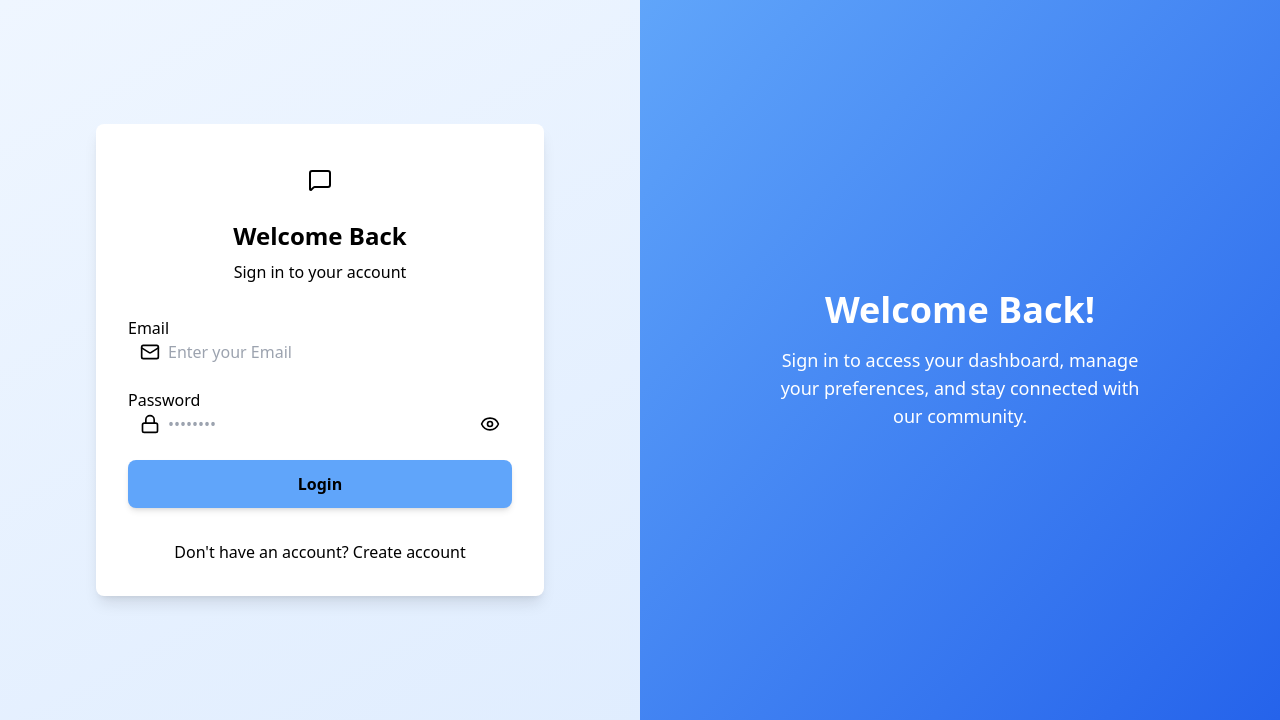
Repository: Subhashree-Nayak507/Test
Page: /login (app in client/)
These files come from the project's save history. The page is drawn as it stood at one moment and after the next save; the edit follows.
The browser window is 1280 px wide. The pictures show the whole page.
The project was rebuilt for these pictures with package versions that can differ from the ones it lists, and the page was loaded fresh each time. Also part of the build but not shown: client/vite.config.js, client/src/pages/FormPage.jsx, client/src/pages/SignupPage.jsx.

Above is the page before, as saved 2025-01-06 09:04:53.

### client/src/main.jsx
import React from 'react'
import ReactDOM from 'react-dom/client'
import App from './App.jsx'
import './index.css'
import { Provider } from 'react-redux';
import { BrowserRouter } from 'react-router-dom'
import store from './store/store.js';

ReactDOM.createRoot(document.getElementById('root')).render(
    <Provider store={store}>
       <BrowserRouter>
          <App />
        </BrowserRouter>
    </Provider>

)

### client/src/App.jsx
import { Route, Routes } from 'react-router-dom';
import FormPage from './pages/FormPage';
import SignUpPage from './pages/SignupPage';
import LoginPage from './pages/LoginPage';

const App = () =>{
    return (
        < >
         <Routes >
           <Route path="/" element={<SignUpPage />} />
           <Route path="/login" element={<LoginPage />} />
            <Route path="/formPage" element={<FormPage />} />
         </Routes>
        </>

      )

}
export default App;

### client/src/store/store.js
import { configureStore } from '@reduxjs/toolkit';
import formReducer from './FormSlice/FormSlice';

const store = configureStore({
  reducer: {
    form: formReducer,
  },
});

export default store;

### client/src/pages/LoginPage.jsx
import { useState } from "react";
import { Link } from "react-router-dom";
import { Eye, EyeOff, Loader2, Lock, Mail, MessageSquare } from "lucide-react";

const LoginPage = () => {
  const [showPassword, setShowPassword] = useState(false);
  const [email, setEmail] = useState("");
  const [password, setPassword] = useState("");
  const [isLoggingIn, setIsLoggingIn] = useState(false);

  const handleSubmit = async (e) => {
    e.preventDefault();
    setIsLoggingIn(true);

    // Simulate login delay (remove this in actual implementation)
    setTimeout(() => {
      setIsLoggingIn(false);
      alert("Logged in successfully!"); // Replace with actual login logic
    }, 2000);
  };

  return (
    <div className="h-screen grid lg:grid-cols-2 bg-gradient-to-br from-blue-50 to-blue-100">
      {/* Left Side - Form */}
      <div className="flex flex-col justify-center items-center p-6 sm:p-12">
        <div className="w-full max-w-md space-y-8 bg-white p-8 shadow-lg rounded-lg">
          {/* Logo */}
          <div className="text-center mb-8">
            <div className="flex flex-col items-center gap-2 group">
              <div
                className="w-12 h-12 rounded-xl bg-primary/10 flex items-center justify-center
                group-hover:bg-primary/20 transition-colors"
              >
                <MessageSquare className="w-6 h-6 text-primary" />
              </div>
              <h1 className="text-2xl font-bold mt-2">Welcome Back</h1>
              <p className="text-base-content/60">Sign in to your account</p>
            </div>
          </div>

          {/* Form */}
          <form onSubmit={handleSubmit} className="space-y-6">
            <div className="form-control">
              <label className="label">
                <span className="label-text font-medium">Email</span>
              </label>
              <div className="relative">
                <div className="absolute inset-y-0 left-0 pl-3 flex items-center pointer-events-none">
                  <Mail className="h-5 w-5 text-base-content/40" />
                </div>
                <input
                  type="email"
                  className="input input-bordered w-full pl-10 focus:ring-2 focus:ring-primary focus:outline-none"
                  placeholder="Enter your Email"
                  value={email}
                  onChange={(e) => setEmail(e.target.value)}
                />
              </div>
            </div>

            <div className="form-control">
              <label className="label">
                <span className="label-text font-medium">Password</span>
              </label>
              <div className="relative">
                <div className="absolute inset-y-0 left-0 pl-3 flex items-center pointer-events-none">
                  <Lock className="h-5 w-5 text-base-content/40" />
                </div>
                <input
                  type={showPassword ? "text" : "password"}
                  className="input input-bordered w-full pl-10 focus:ring-2 focus:ring-primary focus:outline-none"
                  placeholder="••••••••"
                  value={password}
                  onChange={(e) => setPassword(e.target.value)}
                />
                <button
                  type="button"
                  className="absolute inset-y-0 right-0 pr-3 flex items-center"
                  onClick={() => setShowPassword(!showPassword)}
                >
                  {showPassword ? (
                    <EyeOff className="h-5 w-5 text-base-content/40" />
                  ) : (
                    <Eye className="h-5 w-5 text-base-content/40" />
                  )}
                </button>
              </div>
            </div>

            <button
              type="submit"
              className={`btn btn-primary w-full flex justify-center bg-blue-400 text-black
               items-center py-3 rounded-lg font-semibold shadow-md transition-all duration-300 hover:bg-primary-focus
                hover:scale-105 active:scale-95 `}>
              Login
            </button>
          </form>

          <div className="text-center">
            <p className="text-base-content/60">
              Don&apos;t have an account?{" "}
              <Link to="/" className="link link-primary">
                Create account
              </Link>
            </p>
          </div>
        </div>
      </div>

      {/* Right Side - Decorative */}
      <div className="hidden lg:flex items-center justify-center bg-gradient-to-br from-blue-400 to-blue-600 text-white">
        <div className="text-center max-w-md p-8">
          <h2 className="text-4xl font-bold mb-4">Welcome Back!</h2>
          <p className="text-lg">
            Sign in to access your dashboard, manage your preferences, and stay
            connected with our community.
          </p>
        </div>
      </div>
    </div>
  );
};

export default LoginPage;

### client/src/store/FormSlice/FormSlice.js
import { createSlice, createAsyncThunk } from '@reduxjs/toolkit';
import axios from 'axios';

// Constants
const API_URL = 'http://localhost:5000/form';

// Initial state
const initialState = {
  formData: {
    name: '',
    email: '',
    file: null,
  },
  status: 'idle',
  error: null,
};

// Async thunk for form submission
export const submitForm = createAsyncThunk(
  'form/submitForm',
  async (formData, { rejectWithValue }) => {
    try {
      const data = new FormData();

      data.append('Name', formData.name);
      data.append('email', formData.email);
      data.append('File', formData.file);

      const response = await axios.post(API_URL, data, {
        headers: { 'Content-Type': 'multipart/form-data' },
      });
      return response.data;
    } catch (error) {
      return rejectWithValue(
        error.response?.data || 'Failed to submit form'
      );
    }
  }
);

const formSlice = createSlice({
  name: 'form',
  initialState,
  reducers: {
    updateForm: (state, action) => {
      state.formData = { ...state.formData, ...action.payload };
    },
    resetForm: (state) => {
      state.formData = initialState.formData;
      state.status = 'idle';
      state.error = null;
    },
  },
  extraReducers: (builder) => {
    builder
      .addCase(submitForm.pending, (state) => {
        state.status = 'loading';
        state.error = null;
      })
      .addCase(submitForm.fulfilled, (state) => {
        state.status = 'succeeded';
        state.formData = initialState.formData;
      })
      .addCase(submitForm.rejected, (state, action) => {
        state.status = 'failed';
        state.error = action.payload;
      });
  },
});

export const { updateForm, resetForm } = formSlice.actions;
export default formSlice.reducer;

Loaded but not shown: client/index.html (common file); client/src/index.css (common file); client/tailwind.config.js (common file)

After the next save:
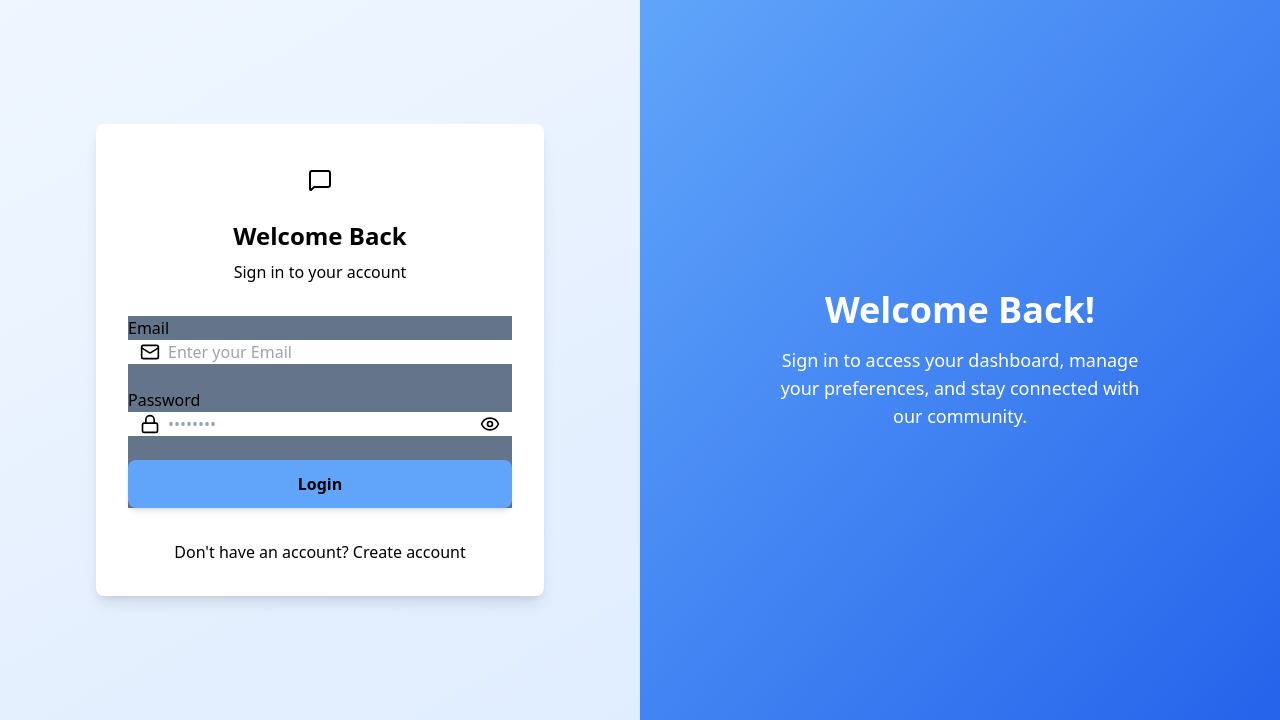
Saved 23 s later.
--- a/client/src/pages/LoginPage.jsx
+++ b/client/src/pages/LoginPage.jsx
@@ -39,7 +39,7 @@ const LoginPage = () => {
           </div>
 
           {/* Form */}
-          <form onSubmit={handleSubmit} className="space-y-6">
+          <form onSubmit={handleSubmit} className="space-y-6 bg-slate-500">
             <div className="form-control">
               <label className="label">
                 <span className="label-text font-medium">Email</span>
